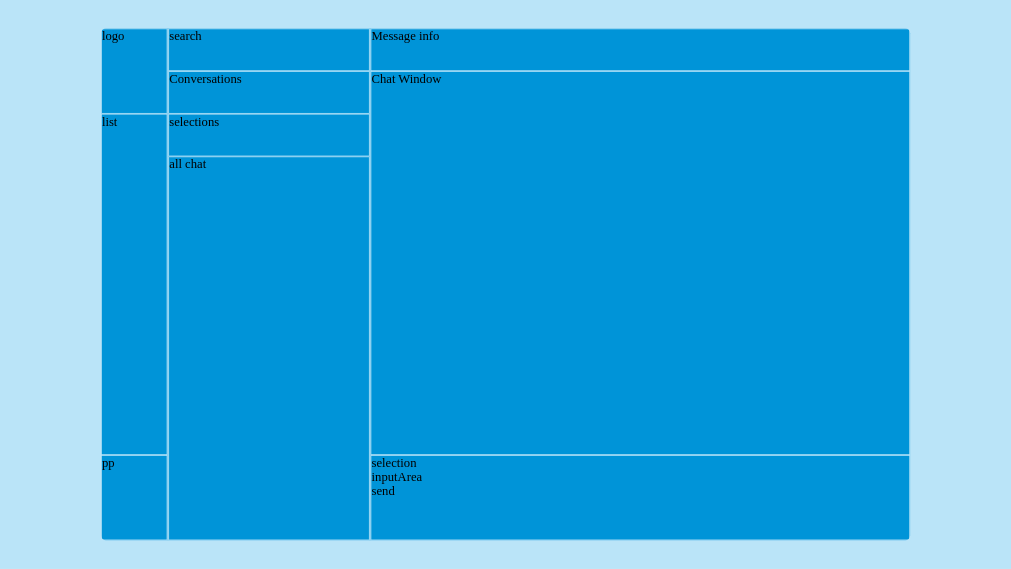
Repository: arafat877/super-chat
Page: /
These files come from the project's save history. The page is drawn as it stood at one moment and after the next save; the edit follows.
The browser window is 1280 px wide. The pictures show the whole page, at 79% of full size.
The project was rebuilt for these pictures with package versions that can differ from the ones it lists, and the page was loaded fresh each time.

Above is the page before, as saved 2020-08-04 22:19:13.

After the next save:
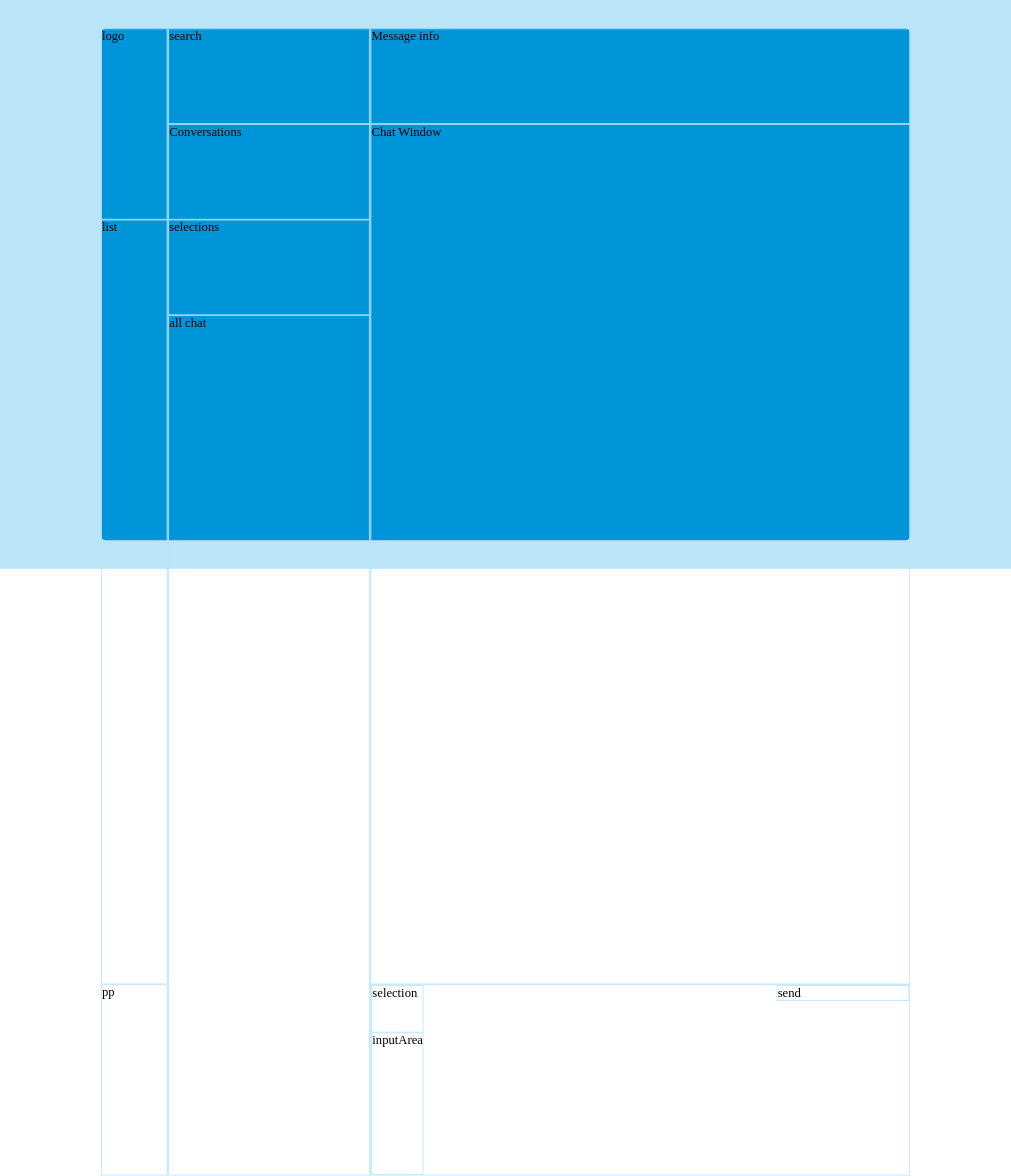
Saved 86 s later.
--- a/src/App.scss
+++ b/src/App.scss
@@ -97,6 +97,25 @@
         border: solid thin var(--main-bg-light); //temporary
         grid-row-start: 11;
         grid-row-end: 13;
+        display: grid;
+        grid-template-rows: repeat(12, 1fr);
+        grid-template-columns: repeat(12, 1fr);
+
+        .inputSelection{
+            border: solid thin var(--main-bg-light); //temporary
+            grid-row-start: 1;
+            grid-row-end: 4;
+        }
+        .inputArea{
+            border: solid thin var(--main-bg-light); //temporary
+            grid-row-start: 4;
+            grid-row-end: 13;
+        }
+        .inputSend{
+            border: solid thin var(--main-bg-light); //temporary
+            grid-column-start: 10;
+            grid-column-end: 13;
+        }
       }
     }
   }
